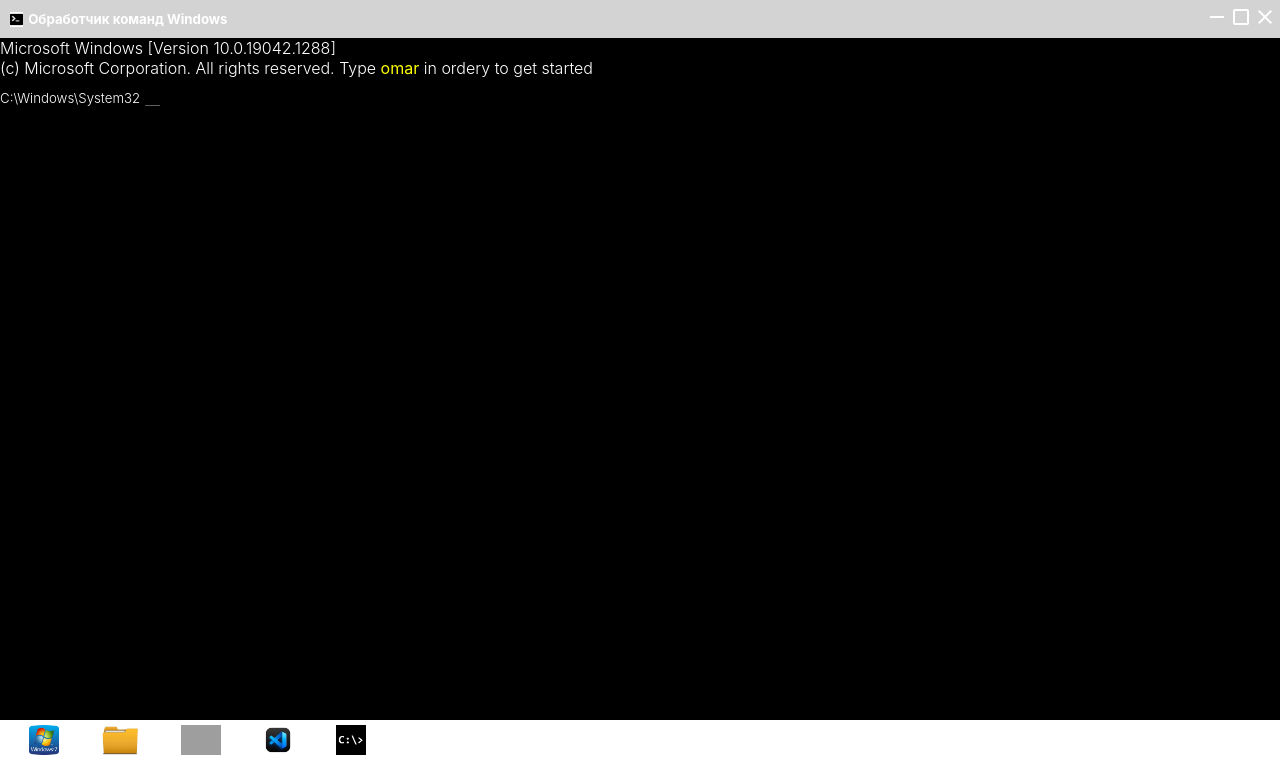
Repository: om1ars/cmd-port
Page: /
These files come from the project's save history. The page is drawn as it stood at one moment and after a run of saves; the edit follows.
The browser window is 1280 px wide. The pictures show the whole page.
Pictures or frames that could not be fetched are drawn as grey boxes. The project was rebuilt for these pictures with package versions that can differ from the ones it lists, and the page was loaded fresh each time.

Above is the page before, as saved 2021-11-04 17:10:48.

After the next 2 saves:
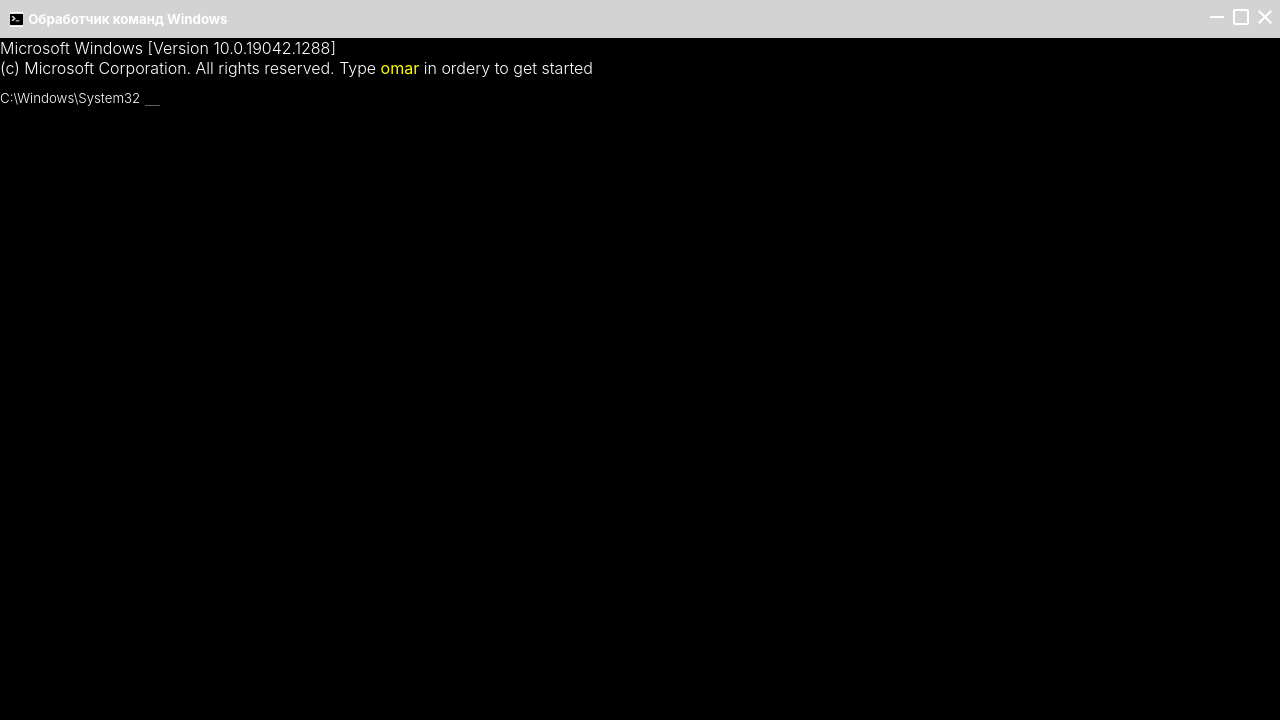
The 2 saves are shown as one change because 1 did not build or start.
The last was saved 115 s later.
--- a/src/Footer.js
+++ b/src/Footer.js
@@ -7,25 +7,6 @@
 
 export const Footer = () => {
   return (
-    <div className="footer">
-      <div className="icons">
-        <div>
-          <img className="windows" src={windows} />
-        </div>
-        <div>
-          <img src={folderd} />
-        </div>
-        <div>
-          <img src={google} />
-        </div>
-        <div>
-          <img src={vs} />
-        </div>
-        <div>
-          <img src={cdm} />
-        </div>
-      </div>
-      <div className="hours"></div>
-    </div>
+  <></>
   );
 };
